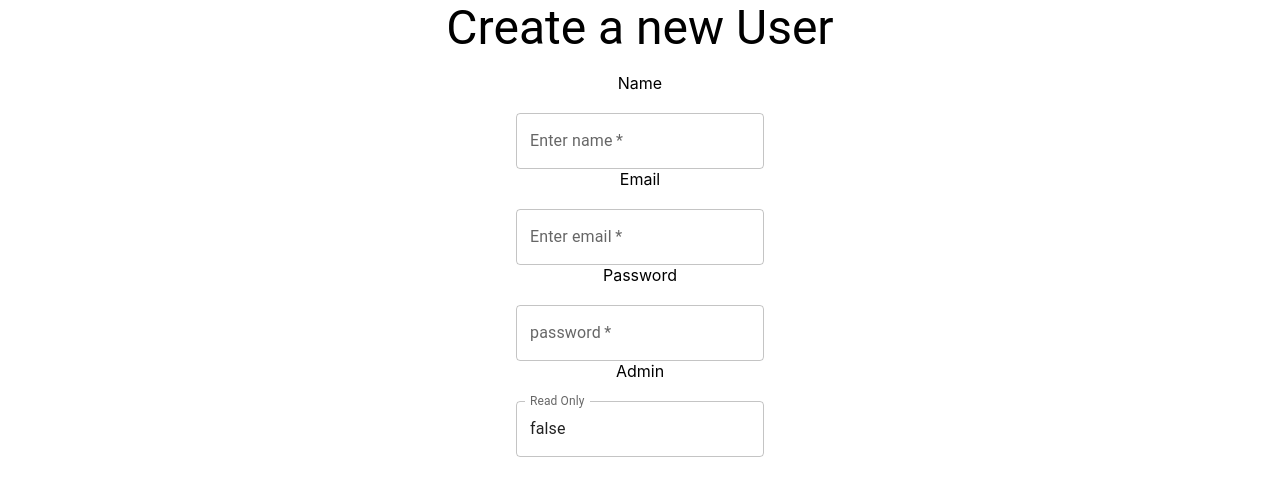
Repository: nj10deadend/RESTAPI-node-with-mongoDB
Page: /bug-table (app in client/frontend/)
An editor plug-in stored every save of this project. The page is shown before and after the next save, followed by the edit.
The browser window is 1280 px wide. The pictures show the whole page.
The project was rebuilt for these pictures with package versions that can differ from the ones it lists, and the page was loaded fresh each time.

Above is the page before, as saved 2021-12-31 12:59:29.

### client/frontend/src/index.css
body {
  margin: 0;
  font-family: -apple-system, BlinkMacSystemFont, 'Segoe UI', 'Roboto', 'Oxygen',
    'Ubuntu', 'Cantarell', 'Fira Sans', 'Droid Sans', 'Helvetica Neue',
    sans-serif;
  -webkit-font-smoothing: antialiased;
  -moz-osx-font-smoothing: grayscale;
}

code {
  font-family: source-code-pro, Menlo, Monaco, Consolas, 'Courier New',
    monospace;
}

.signup {
  border: lightblue;
}

### client/frontend/src/App.js
import './App.css';
import { BrowserRouter } from 'react-router-dom';
import { Routes, Route } from 'react-router-dom';
import axios from 'axios';
import Signup from './components/Signup';

function App() {
  return (
    <div className="App">
      <BrowserRouter>
        <Routes>
          <Route path="*" element={<Signup />} />
        </Routes>

      </BrowserRouter>
    </div>
  );
}

export default App;

### client/frontend/src/components/Signup.js
import {useState} from 'react';
import Button from '@mui/material/Button';
// import SendIcon from '@mui/icons-material/Send';
import SendIcon from '@material-ui/icons/Send';
import TextField from '@mui/material/TextField';
import Typography from '@mui/material/Typography';
import Box from '@mui/material/Box';

function Signup () {

    const [name, setName] = useState("");
    const [email, setEmail] = useState("");
    const [password, setPassword] = useState("");
    const [admin, setAdmin] = useState(false);

    return (
        <Box className="signup">
            <Typography variant="h3" component="h2" gutterBottom>Create a new User</Typography>
            <form>
                <Box>
                    <label for="name">Name</label>
                    <br></br>
                    <br></br>
                    <TextField required id="outlined-basic1" label="Enter name"
                    variant="outlined"
                    onChange={(event) => {setName(event.target.value)}}
                    value = {name}
                    />

                </Box>
                <Box>
                    <label for="email">Email</label>
                    <br></br>
                    <br></br>
                    <TextField required id="outlined-basic2" label="Enter email"
                    variant="outlined"
                    onChange={(event) => {setEmail(event.target.value)}}
                    value = {email}
                    />

                </Box>
                <Box>
                    <label for="password">Password</label>
                    <br></br>
                    <br></br>
                    <TextField required id="outlined-password-input" label="password" type="password"
                    variant="outlined"
                    onChange={(event) => {setPassword(event.target.value)}}
                    value = {password}
                    />
                </Box>

                <Box>
                    <label for="admin">Admin</label>
                    <br></br>
                    <br></br>
                    <TextField id="outlined-read-only-input" label="Read Only"
                    defaultValue= {false}
                    InputProps={{
                      readOnly: true,
                    }}
                    value = {admin}

                    />
                </Box>


            </form>

        </Box>
    )
}

export default Signup;

Loaded but not shown: client/frontend/public/index.html (common file); client/frontend/src/index.js (common file); client/frontend/src/reportWebVitals.js (common file); client/frontend/src/App.css (common file)

After the next save:
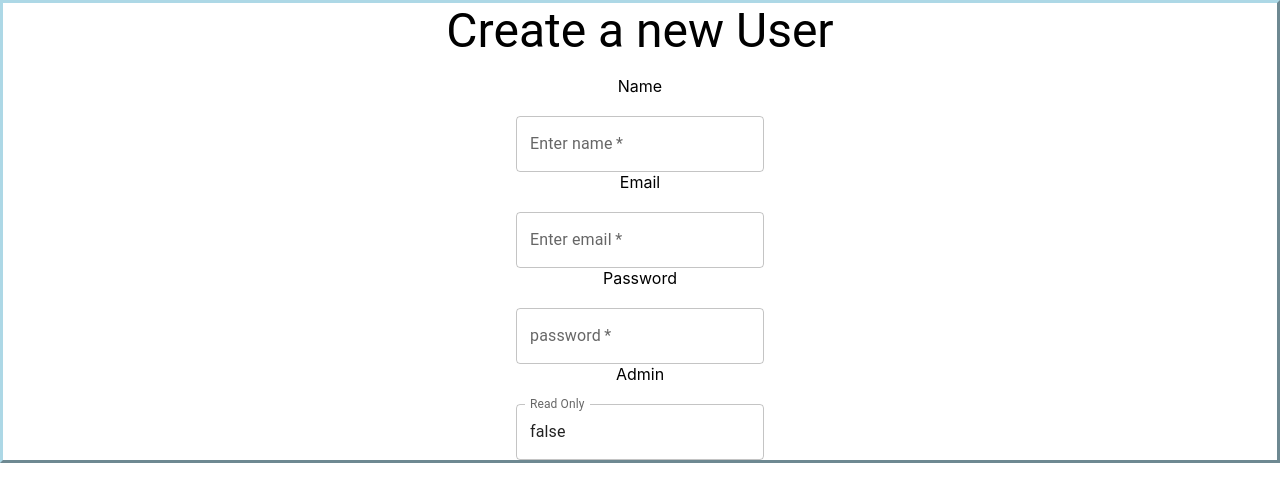
Saved 36 s later.
--- a/client/frontend/src/index.css
+++ b/client/frontend/src/index.css
@@ -13,5 +13,6 @@
 }
 
 .signup {
-  border: lightblue;
+  border-color: lightblue;
+  border-style: outset;
 }

After the save that followed:
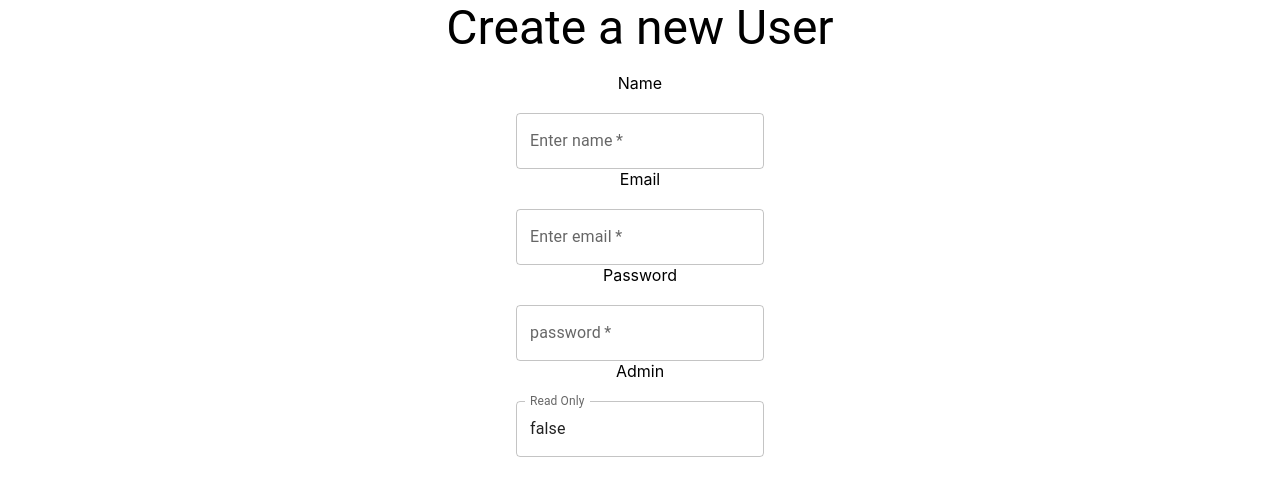
Saved 20 s later.
--- a/client/frontend/src/index.css
+++ b/client/frontend/src/index.css
@@ -14,5 +14,5 @@
 
 .signup {
   border-color: lightblue;
-  border-style: outset;
+  /* border-style: outset; */
 }
